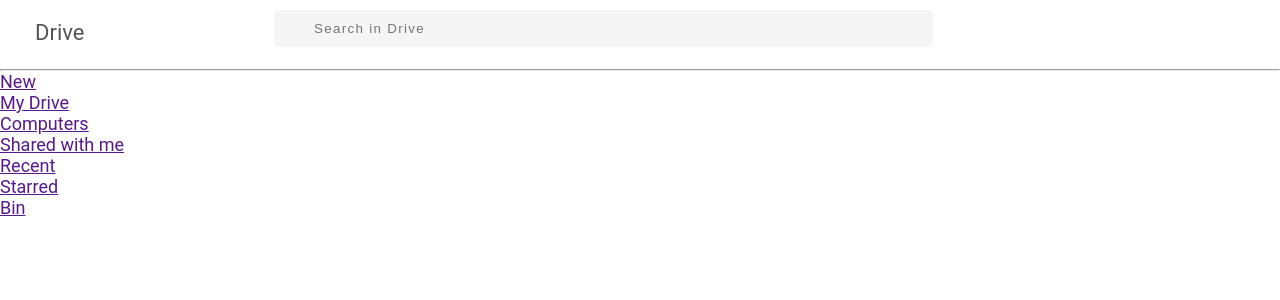
Repository: smit1298/driveclone
Page: index.html
These files come from the project's save history. The page is drawn as it stood at one moment and after the next save; the edit follows.
The browser window is 1280 px wide. The pictures show the whole page.
Some icons come from a web library that is not loaded, so they are not drawn.

Above is the page before, as saved 2022-02-14 02:48:32.

After the next save:
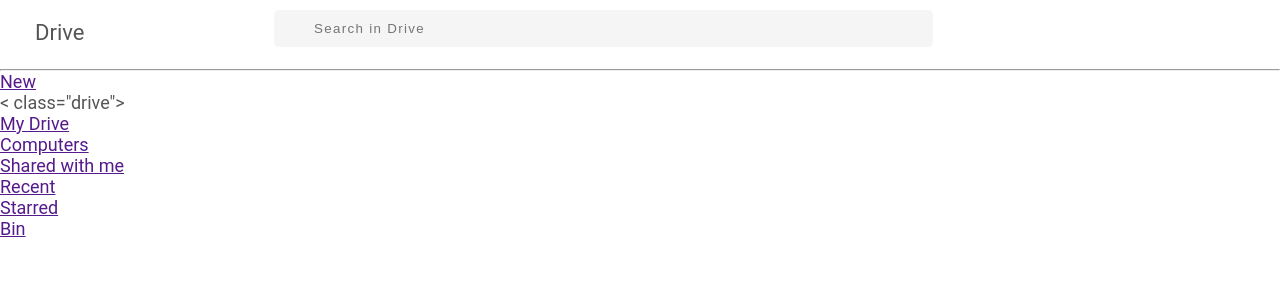
Saved 47 s later.
--- a/index.html
+++ b/index.html
@@ -51,11 +51,11 @@
         </section>
 
         <section class="details">
-            <span class="drive">
+            < class="drive">
                 <span class="iconify" data-icon="bx:caret-right"></span>
                 <span class="iconify" data-icon="fa6-regular:hard-drive"></span>
                 <p><a href="">My Drive</a></p>
-            </span>
+        </SECTION>
 
             <section class="computers">
                 <span class="iconify" data-icon="bx:caret-right"></span><span class="iconify"

After the save that followed:
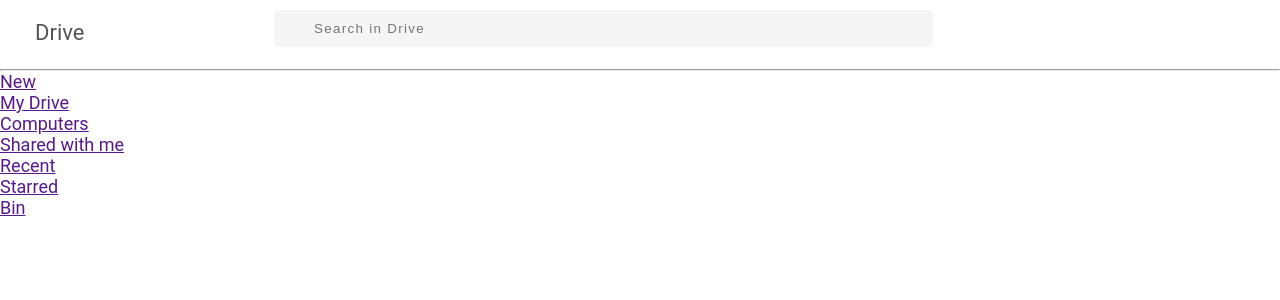
Saved 5 s later.
--- a/index.html
+++ b/index.html
@@ -51,11 +51,11 @@
         </section>
 
         <section class="details">
-            < class="drive">
+            <section class="drive">
                 <span class="iconify" data-icon="bx:caret-right"></span>
                 <span class="iconify" data-icon="fa6-regular:hard-drive"></span>
                 <p><a href="">My Drive</a></p>
-        </SECTION>
+        </section>
 
             <section class="computers">
                 <span class="iconify" data-icon="bx:caret-right"></span><span class="iconify"
